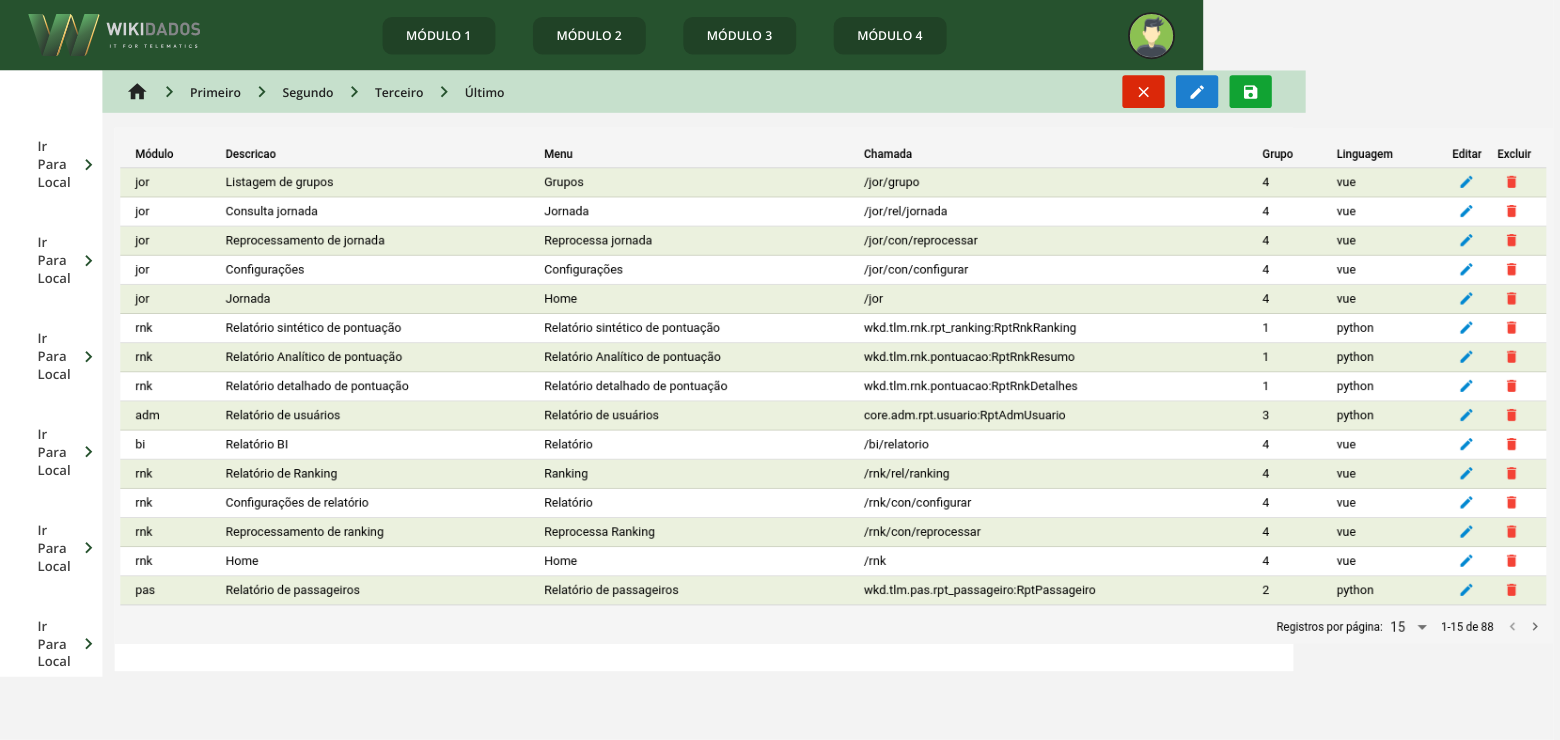
Repository: AlexDjon/alexdjon.github.io
Page: wiki-relayout/index.html
An editor plug-in stored every save of this project. The page is shown before and after the next save, followed by the edit.
The browser window is 1280 px wide. The page is 1653 px wide, then 1660 px, so the pictures cover 1660 px, including what lies to the right of the window. The pictures show the whole page, at 94% of full size.

Above is the page before, as saved 2020-08-12 16:30:38.

### wiki-relayout/index.html
<!DOCTYPE html>
<html lang="pt-br">

<head>
  <meta charset="UTF-8">
  <meta name="viewport" content="width=device-width, initial-scale=1.0">
  <title>Wiki - Relayout</title>

  <link rel="shotcut icon" href="https://wikidados.com.br/assets/wiki/img/logos/favicon.ico">
  <link href="https://fonts.googleapis.com/icon?family=Material+Icons" rel="stylesheet">
  <link href="https://fonts.googleapis.com/css2?family=Open+Sans:wght@400;600;700&display=swap" rel="stylesheet">
  <link rel="stylesheet" href="css/styles.css">
</head>

<body>
  <header class="cabecalho">
    <img src="img/logo.svg" alt="Logo Wiki" class="logo">

    <div class="modulos">
      <button>Módulo 1</button>
      <button>Módulo 2</button>
      <button>Módulo 3</button>
      <button>Módulo 4</button>
    </div>

    <button class="user">
    </button>
  </header>

  <aside class="areas">
    <ul>
      <li><i class="material-icons">donut_large</i> Editar perfil</li>
      <li><i class="material-icons">grade</i> Favoritos</li>
      <li><i class="material-icons">history</i> Histórico</li>
      <li><i class="material-icons">power_settings_new</i> Sair</li>
    </ul>
  </aside>

  <main class="conteudo">
    <nav class="navbar">
      <ul class="menu">
        <li>Ir para local <i class="material-icons">chevron_right</i></li>
        <li>Ir para local <i class="material-icons">chevron_right</i></li>
        <li>Ir para local <i class="material-icons">chevron_right</i></li>
        <li>Ir para local <i class="material-icons">chevron_right</i></li>
        <li>Ir para local <i class="material-icons">chevron_right</i></li>
        <li>Ir para local <i class="material-icons">chevron_right</i></li>
      </ul>
    </nav>

    <div class="meio">
      <div class="barra">
        <ul class="caminho">
          <li>
            <i class="material-icons">home</i>
          </li>
          <li id="separator">
            <i class="material-icons">chevron_right</i>
          </li>
          <li>
            Primeiro
          </li>
          <li id="separator">
            <i class="material-icons">chevron_right</i>
          </li>
          <li>
            Segundo
          </li>
          <li id="separator">
            <i class="material-icons">chevron_right</i>
          </li>
          <li>
            Terceiro
          </li>
          <li id="separator">
            <i class="material-icons">chevron_right</i>
          </li>
          <li>
            Último
          </li>
        </ul>

        <div class="list-buttons">
          <button>
            <i class="material-icons">close</i>
          </button>
          <button>
            <i class="material-icons">edit</i>
          </button>
          <button>
            <i class="material-icons">save</i>
          </button>
        </div>
      </div>

      <div class="viewer">
        <img src="img/table.png" alt="Tabela">
      </div>
    </div>

  </main>

  <script src="js/scripts.js"></script>
</body>

</html>

### wiki-relayout/css/styles.css
* {
  padding: 0;
  margin: 0;
  font-weight: 100%;
  font-family: 'Open Sans', sans-serif;
  border: 0;
  outline: 0;
  box-sizing: border-box;
}

body {
  background: #f3f3f3;
}

:root {
  --verdeW: #26522e;
  --verdeW2: #204226;
  --verdeW-semi: #c6e0cc;
  --verde: #32a852;
  --black: #232323;
  --black2: #414141;
  --white: #ffffff;
  --grey: #3b3b3b;
  --shadow: -4px 4px 8px 0px rgba(10, 10, 10, 0.27);
  --cabecalhoY: 75px;
  --barrY: 45px;
}

/* CABECALHO */
.cabecalho {
  width: 100%;
  height: var(--cabecalhoY);
  background: var(--verdeW);
  padding: 10px 30px;
  display: flex;
  justify-content: space-between;
  align-items: center;
}

.cabecalho .logo {
  height: 45px;
}

.cabecalho .modulos {
  display: flex;
}
.cabecalho .modulos button {
  margin: 0 20px;
  width: 120px;
  height: 40px;
  border-radius: 10px;
  background-color: var(--verdeW2);
  color: var(--white);
  font-size: 13px;
  text-transform: uppercase;
  font-weight: 600;
  cursor: pointer;
  transition: filter 0.3s;
}
.cabecalho .modulos button:hover {
  filter: brightness(90%);
}
.cabecalho .user {
  height: 50px;
  width: 50px;
  border-radius: 50%;
  border: solid 2px var(--black);

  background-image: url(../img/avatar1.png);
  background-size: cover;
  background-position: center center;

  cursor: pointer;
}

/* AREAS */
.areas {
  display: none;
  min-width: 180px;
  position: absolute;
  top: var(--cabecalhoY);
  right: 0;
  background-color: var(--white);
  box-shadow: var(--shadow);
}
.areas.ativo {
  display: block;
}
.areas ul {
  list-style: none;
  padding: 10px 20px 10px 40px;
}
.areas ul li {
  margin: 17px 0;
  font-size: 15px;
  color: var(--black2);

  display: flex;
  justify-content: flex-start;
  align-items: center;
  transition: color 0.3s;
  cursor: pointer;
}
.areas ul li:hover {
  color: var(--black);
}
.areas ul li i {
  margin-right: 8px;
  font-size: 17px;
  color: var(--verdeW);
}


/* NAVBAR */
.navbar {
  width: 210px;
  height: calc(100vh - var(--cabecalhoY));
  background: var(--white);
  /* border-bottom: solid 20px var(--verdeW); */
}
.navbar .menu {
  padding: 50px 0 50px 30px;
  display: flex;
  flex-direction: column;
  justify-content: flex-start;
  align-items: flex-start;
  list-style: none;
}
.navbar .menu li {
  margin: 14px 0;
  text-transform: capitalize;
  font-weight: 600;
  color: var(--black2);
  font-size: 14px;
  padding: 7px 3px 10px 10px;
  /* border-bottom: solid 1px var(--white);
  border-radius: 0 0 5px 0; */

  display: flex;
  justify-content: space-between;
  align-items: center;

  cursor: pointer;
}
.navbar .menu li i {
  margin-left: 7px;
  color: var(--black2);
}
.navbar .menu li i {
  color: var(--verdeW);
}


/* CONTEUDO */
.conteudo {
  width: 100%;
  height: calc(100vh - var(--cabecalhoY));

  display: flex;
}

.meio {
  width: 100%;
  display: flex;
  flex-direction: column;
}

.meio .barra {
  width: 100%;
  height: var(--barrY);
  padding: 0 20px;
  margin-bottom: 10px;
  background-color: var(--verdeW-semi);
  display: flex;
  justify-content: space-between;
  align-items: center;
}
/*
.meio .barra div#separator span i {
  margin: 0 5px;
  color: var(--verdeW);
} */
.meio .barra .caminho {
  height: var(--barrY);
  display: flex;
  align-items: center;
  list-style: none;
}
.meio .barra .caminho li {
  height: var(--barrY);
  margin: 0 5px;
  font-size: 13px;
  font-weight: 600;
  color: var(--black);
  display: flex;
  align-items: center;
}
.meio .barra .caminho li:not(#separator) {
  cursor: pointer;
}

.meio .barra .caminho li#separator {
  color: var(--verdeW);
}

.list-buttons {
  margin: 0 10px;
  display: flex;
}
.list-buttons button {
  height: 35px;
  width: 45px;
  margin: 0 6px 0 6px;
  border-radius: 3px;
  display: flex;
  justify-content: center;
  align-items: center;
  /* border: solid 1px var(--white); */
  background: var(--verdeW2);
  cursor: pointer;
}
.list-buttons button i {
  font-size: 19px;
  color: var(--white);
}
.list-buttons button:nth-child(1) {
  background: #db2809;
}
.list-buttons button:nth-child(2) {
  background: #1d7fcf;
}
.list-buttons button:nth-child(3) {
  background: #11a333;
}

/* VIEWER */
.viewer {
  width: 98%;
  margin: 6px 1%;
  height: calc(100vh - calc(var(--cabecalhoY) + var(--barrY)) - 12px);
  min-height: 500px;
  background-color: var(--white);
}

### wiki-relayout/js/scripts.js
function getItem(info) {
  return document.querySelector(info)
}

getItem('.user').addEventListener('click', () => {
  getItem('.areas').classList.toggle('ativo')
})

After the next save:
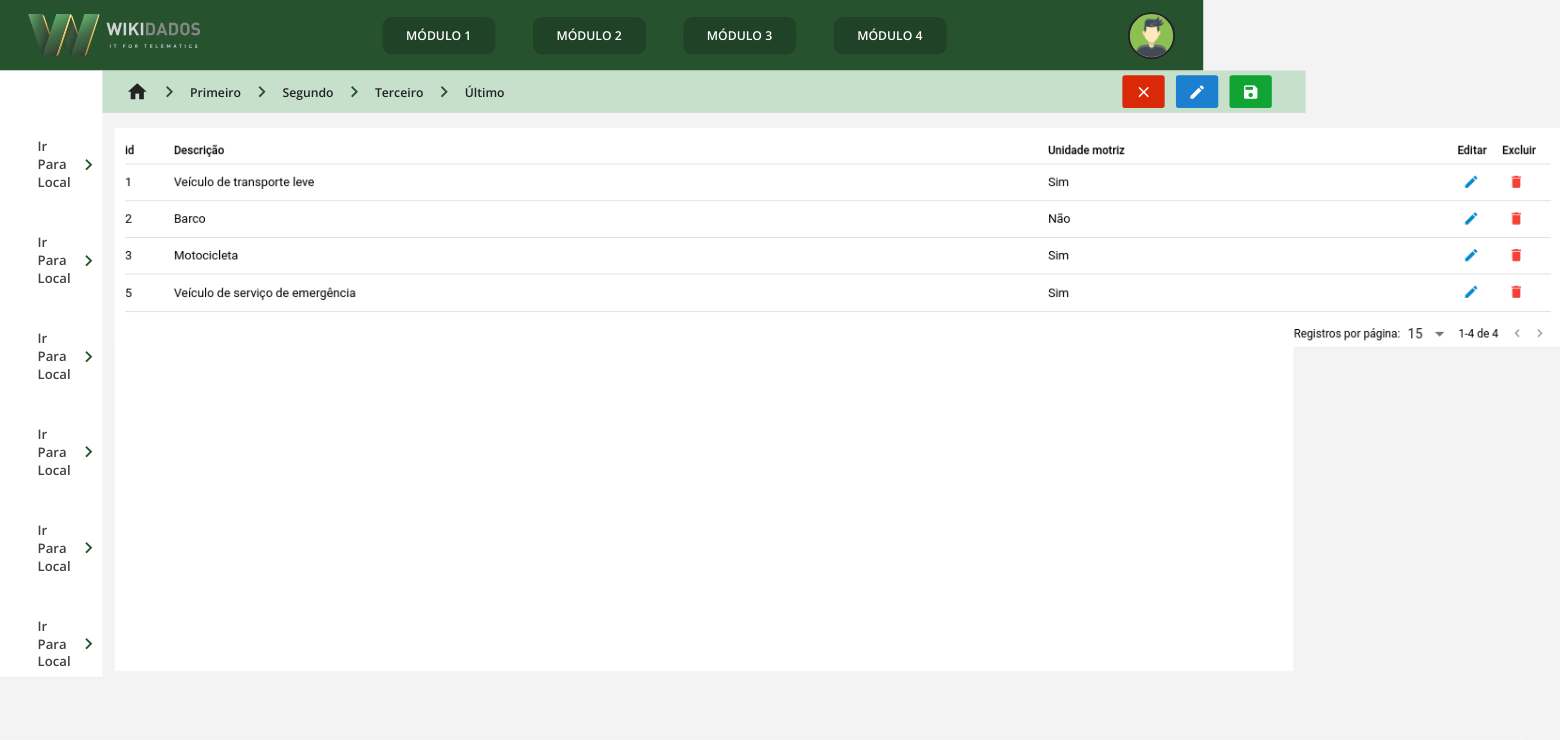
Saved 44 s later.
--- a/wiki-relayout/index.html
+++ b/wiki-relayout/index.html
@@ -94,7 +94,7 @@
       </div>
 
       <div class="viewer">
-        <img src="img/table.png" alt="Tabela">
+        <img src="img/tabela-exemplo.png" alt="Tabela">
       </div>
     </div>
 
